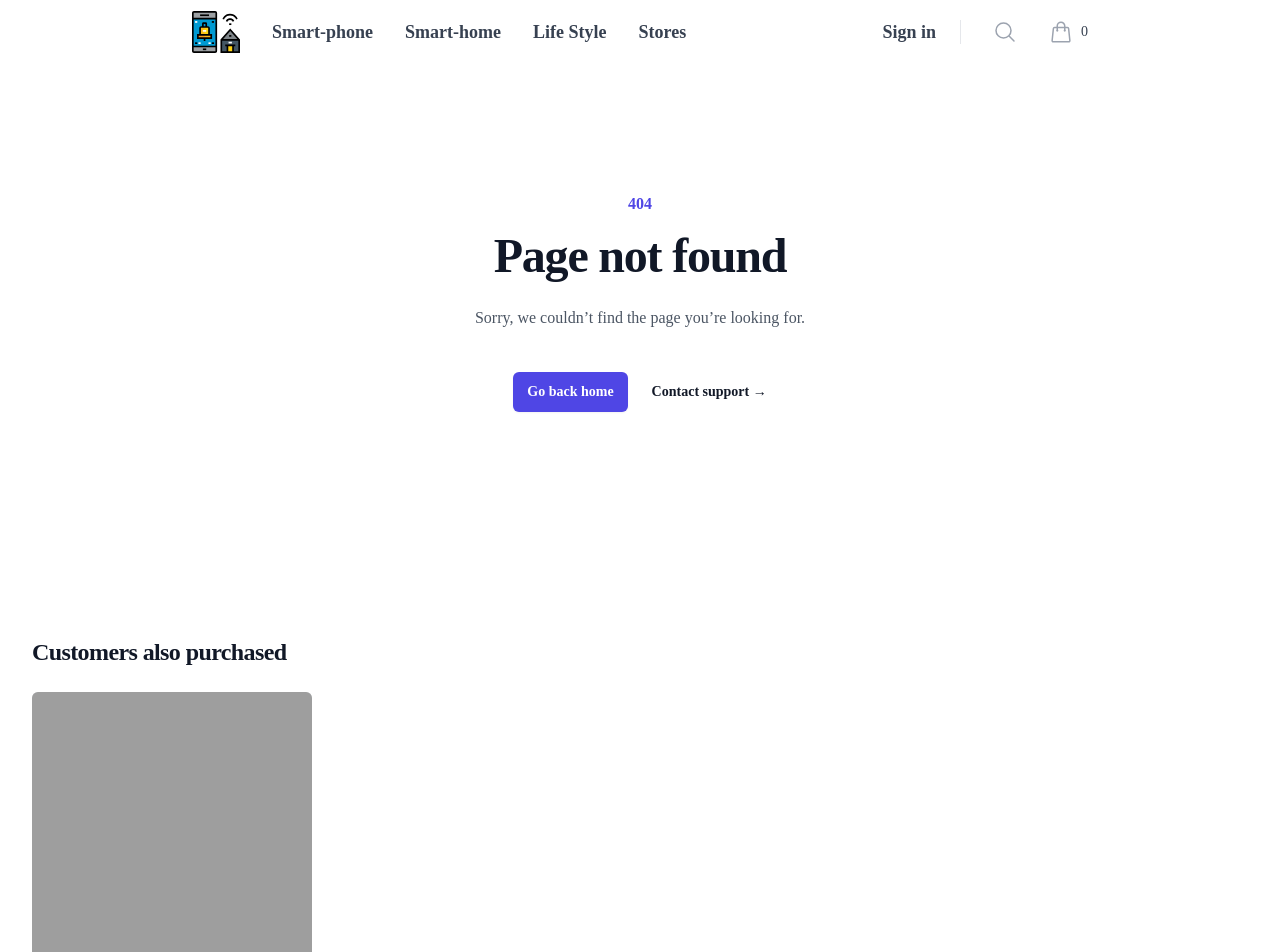
Repository: Gunplay/Smart-Home
Page: /
The author's editor kept a copy of each file at every save. The page is drawn from the files as they stood at one save, then again after the next save.
The browser window is 1280 px wide. The pictures show the part of the page from y = 0 to 952 px (the page is 1784 px tall before and 1856 px after).
Pictures or frames that could not be fetched are drawn as grey boxes. The project was rebuilt for these pictures with package versions that can differ from the ones it lists, and the page was loaded fresh each time. Also part of the build but not shown: vite.config.js, vite.config.ts.

Above is the page before, as saved 2024-06-25 12:51:04.

### index.html
<!doctype html>
<html lang="en">

<head>
  <meta charset="UTF-8" />
  <link rel="icon" type="image/svg+xml" href="./src/assets/smart-home-svgrepo-com.svg" />
  <meta name="viewport" content="width=device-width, initial-scale=1.0" />
  <title>Smart-Home</title>
  <link real='stylesheet' href='src/style.css'>
</head>

<body>
  <div id="root"></div>

  <script type="module" src="/src/main.tsx"></script>
</body>

</html>

### src/main.tsx
import React from 'react';
import ReactDOM from 'react-dom/client';
import { BrowserRouter as Router } from 'react-router-dom';
import App from './App.tsx';
import './css/style.css';

ReactDOM.createRoot(document.getElementById('root')!).render(
	<React.StrictMode>
		<Router>
			<App />
		</Router>
	</React.StrictMode>
);

### src/App.tsx
// import { useState } from 'react';

// import reactLogo from './assets/react.svg';
// import viteLogo from '/vite.svg';
import AboutUs from './components/AboutUs';
import Carousel from './components/Carousel';
import Header from './components/Header';
import PageNotFound from './components/Page404';
import ProductsList from './components/ProductsList';

function App() {
	return (
		<>
			<div className='mr-[3.75rem] pt-[4.75rem] lg:pt-[5.25rem] overflow-hidden'>
				<Header />
				<Carousel />
			</div>
			<PageNotFound />

			<ProductsList />
			<AboutUs />
		</>
	);
}

export default App;

### src/components/AboutUs/index.tsx
const links = [
	{ name: 'Open roles', href: '#' },
	{ name: 'Internship program', href: '#' },
	{ name: 'Our values', href: '#' },
	{ name: 'Meet our leadership', href: '#' },
];
const stats = [
	{ name: 'Offices worldwide', value: '12' },
	{ name: 'Full-time colleagues', value: '300+' },
	{ name: 'Hours per week', value: '40' },
	{ name: 'Paid time off', value: 'Unlimited' },
];

export default function AboutUs() {
	return (
		<div className='relative isolate overflow-hidden bg-gray-900 py-24 sm:py-32'>
			<img
				src='https://images.unsplash.com/photo-1521737604893-d14cc237f11d?ixlib=rb-4.0.3&ixid=MnwxMjA3fDB8MHxwaG90by1wYWdlfHx8fGVufDB8fHx8&auto=format&fit=crop&crop=focalpoint&fp-y=.8&w=2830&h=1500&q=80&blend=111827&sat=-100&exp=15&blend-mode=multiply'
				alt=''
				className='absolute inset-0 -z-10 h-full w-full object-cover object-right md:object-center'
			/>
			<div
				className='hidden sm:absolute sm:-top-10 sm:right-1/2 sm:-z-10 sm:mr-10 sm:block sm:transform-gpu sm:blur-3xl'
				aria-hidden='true'
			>
				<div
					className='aspect-[1097/845] w-[68.5625rem] bg-gradient-to-tr from-[#ff4694] to-[#776fff] opacity-20'
					style={{
						clipPath:
							'polygon(74.1% 44.1%, 100% 61.6%, 97.5% 26.9%, 85.5% 0.1%, 80.7% 2%, 72.5% 32.5%, 60.2% 62.4%, 52.4% 68.1%, 47.5% 58.3%, 45.2% 34.5%, 27.5% 76.7%, 0.1% 64.9%, 17.9% 100%, 27.6% 76.8%, 76.1% 97.7%, 74.1% 44.1%)',
					}}
				/>
			</div>
			<div
				className='absolute -top-52 left-1/2 -z-10 -translate-x-1/2 transform-gpu blur-3xl sm:top-[-28rem] sm:ml-16 sm:translate-x-0 sm:transform-gpu'
				aria-hidden='true'
			>
				<div
					className='aspect-[1097/845] w-[68.5625rem] bg-gradient-to-tr from-[#ff4694] to-[#776fff] opacity-20'
					style={{
						clipPath:
							'polygon(74.1% 44.1%, 100% 61.6%, 97.5% 26.9%, 85.5% 0.1%, 80.7% 2%, 72.5% 32.5%, 60.2% 62.4%, 52.4% 68.1%, 47.5% 58.3%, 45.2% 34.5%, 27.5% 76.7%, 0.1% 64.9%, 17.9% 100%, 27.6% 76.8%, 76.1% 97.7%, 74.1% 44.1%)',
					}}
				/>
			</div>
			<div className='mx-auto max-w-7xl px-6 lg:px-8'>
				<div className='mx-auto max-w-2xl lg:mx-0'>
					<h2 className='text-4xl font-bold tracking-tight text-white sm:text-6xl'>
						Work with us
					</h2>
					<p className='mt-6 text-lg leading-8 text-gray-300'>
						Anim aute id magna aliqua ad ad non deserunt sunt. Qui irure qui
						lorem cupidatat commodo. Elit sunt amet fugiat veniam occaecat
						fugiat aliqua.
					</p>
				</div>
				<div className='mx-auto mt-10 max-w-2xl lg:mx-0 lg:max-w-none'>
					<div className='grid grid-cols-1 gap-x-8 gap-y-6 text-base font-semibold leading-7 text-white sm:grid-cols-2 md:flex lg:gap-x-10'>
						{links.map(link => (
							<a key={link.name} href={link.href}>
								{link.name} <span aria-hidden='true'>&rarr;</span>
							</a>
						))}
					</div>
					<dl className='mt-16 grid grid-cols-1 gap-8 sm:mt-20 sm:grid-cols-2 lg:grid-cols-4'>
						{stats.map(stat => (
							<div key={stat.name} className='flex flex-col-reverse'>
								<dt className='text-base leading-7 text-gray-300'>
									{stat.name}
								</dt>
								<dd className='text-2xl font-bold leading-9 tracking-tight text-white'>
									{stat.value}
								</dd>
							</div>
						))}
					</dl>
				</div>
			</div>
		</div>
	);
}

### src/components/Carousel/index.tsx
import { SetStateAction, useState } from 'react';
import { BsChevronCompactLeft, BsChevronCompactRight } from 'react-icons/bs';
import { RxDotFilled } from 'react-icons/rx';
import slideOne from '/src/assets/slider-1.jpg';
import slideTwo from '/src/assets/slider-2.jpg';
import slideThree from '/src/assets/slider-3.jpg';
const slides = [
	{
		url: slideOne,
		id: 0,
	},
	{
		url: slideTwo,
		id: 1,
	},
	{
		url: slideThree,
		id: 2,
	},
];
const Carousel = () => {
	const [currentIndex, setCurrentIndex] = useState(0);

	const prevSlide = () => {
		const isFirstSlide = currentIndex === 0;
		const newIndex = isFirstSlide ? slides.length - 1 : currentIndex - 1;
		setCurrentIndex(newIndex);
	};

	const nextSlide = () => {
		const isLastSlide = currentIndex === slides.length - 1;
		const newIndex = isLastSlide ? 0 : currentIndex + 1;
		setCurrentIndex(newIndex);
	};

	const goToSlide = (slideIndex: SetStateAction<number>) => {
		console.log(slideIndex);
		setCurrentIndex(slideIndex);
	};
	return (
		<div className='h-[780px] w-full m-auto relative group'>
			<div
				style={{ backgroundImage: `url(${slides[currentIndex].url})` }}
				className='w-full h-full bg-center bg-cover duration-500'
			></div>
			<div className='hidden group-hover:block absolute top-[50%] -translate-x-0 translate-y-[-50%] left-5 text-2xl rounded-full p-2 bg-black/20 text-white cursor-pointer'>
				<BsChevronCompactLeft size={30} onClick={prevSlide} />
			</div>
			<div className='hidden group-hover:block absolute top-[50%] translate-y-[-50%] right-5 text-2xl rounded-full p-2 bg-black/20 text-white cursor-pointer'>
				<BsChevronCompactRight size={30} onClick={nextSlide} />
			</div>
			<div className='flex top-4 justify-center py-2 absolute'>
				{slides.map((slide, slideIndex) => (
					<div
						key={slideIndex}
						className='text-2xl cursor-pointer'
						onClick={() => goToSlide(slideIndex)}
					>
						<RxDotFilled />
					</div>
				))}
			</div>
		</div>
	);
};

export default Carousel;

### src/components/Page404/index.tsx
export default function PageNotFound() {
	return (
		<>
			{/*
        This example requires updating your template:

        ```
        <html class="h-full">
        <body class="h-full">
        ```
      */}
			<main className='grid min-h-full place-items-center bg-white px-6 py-24 sm:py-32 lg:px-8'>
				<div className='text-center'>
					<p className='text-base font-semibold text-indigo-600'>404</p>
					<h1 className='mt-4 text-3xl font-bold tracking-tight text-gray-900 sm:text-5xl'>
						Page not found
					</h1>
					<p className='mt-6 text-base leading-7 text-gray-600'>
						Sorry, we couldn’t find the page you’re looking for.
					</p>
					<div className='mt-10 flex items-center justify-center gap-x-6'>
						<a
							href='#'
							className='rounded-md bg-indigo-600 px-3.5 py-2.5 text-sm font-semibold text-white shadow-sm hover:bg-indigo-500 focus-visible:outline focus-visible:outline-2 focus-visible:outline-offset-2 focus-visible:outline-indigo-600'
						>
							Go back home
						</a>
						<a href='#' className='text-sm font-semibold text-gray-900'>
							Contact support <span aria-hidden='true'>&rarr;</span>
						</a>
					</div>
				</div>
			</main>
		</>
	);
}

### src/components/ProductsList/index.tsx
/*
  This example requires some changes to your config:

  ```
  // tailwind.config.js
  module.exports = {
    // ...
    plugins: [
      // ...
      require('@tailwindcss/aspect-ratio'),
    ],
  }
  ```
*/
const products = [
	{
		id: 1,
		name: 'Basic Tee',
		href: '#',
		imageSrc:
			'https://tailwindui.com/img/ecommerce-images/product-page-01-related-product-01.jpg',
		imageAlt: "Front of men's Basic Tee in black.",
		price: '$35',
		color: 'Black',
	},
	// More products...
];

export default function ProductsList() {
	return (
		<div className='bg-white'>
			<div className='mx-auto max-w-2xl px-4 py-16 sm:px-6 sm:py-24 lg:max-w-7xl lg:px-8'>
				<h2 className='text-2xl font-bold tracking-tight text-gray-900'>
					Customers also purchased
				</h2>

				<div className='mt-6 grid grid-cols-1 gap-x-6 gap-y-10 sm:grid-cols-2 lg:grid-cols-4 xl:gap-x-8'>
					{products.map(product => (
						<div key={product.id} className='group relative'>
							<div className='aspect-h-1 aspect-w-1 w-full overflow-hidden rounded-md bg-gray-200 lg:aspect-none group-hover:opacity-75 lg:h-80'>
								<img
									src={product.imageSrc}
									alt={product.imageAlt}
									className='h-full w-full object-cover object-center lg:h-full lg:w-full'
								/>
							</div>
							<div className='mt-4 flex justify-between'>
								<div>
									<h3 className='text-sm text-gray-700'>
										<a href={product.href}>
											<span aria-hidden='true' className='absolute inset-0' />
											{product.name}
										</a>
									</h3>
									<p className='mt-1 text-sm text-gray-500'>{product.color}</p>
								</div>
								<p className='text-sm font-medium text-gray-900'>
									{product.price}
								</p>
							</div>
						</div>
					))}
				</div>
			</div>
		</div>
	);
}

Loaded but not shown: src/css/style.css (1876 lines, source omitted); src/components/Header/index.tsx (539 lines, source omitted)

After the next save:
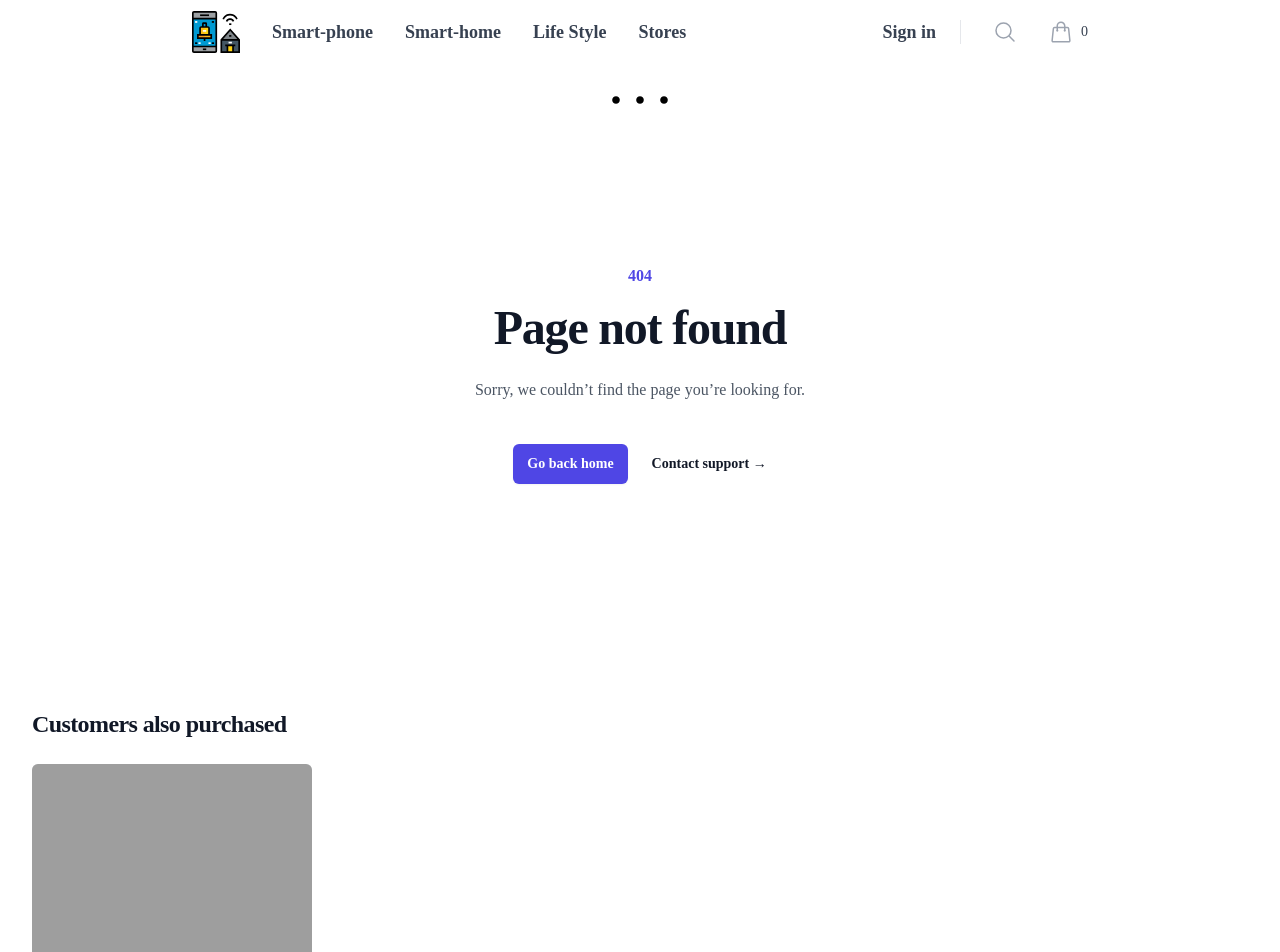
Saved 18 s later.
--- a/src/components/Carousel/index.tsx
+++ b/src/components/Carousel/index.tsx
@@ -38,7 +38,7 @@ const Carousel = () => {
 		setCurrentIndex(slideIndex);
 	};
 	return (
-		<div className='h-[780px] w-full m-auto relative group'>
+		<div className='h-[780px] w-full m-auto py-4 relative group'>
 			<div
 				style={{ backgroundImage: `url(${slides[currentIndex].url})` }}
 				className='w-full h-full bg-center bg-cover duration-500'
@@ -49,7 +49,7 @@ const Carousel = () => {
 			<div className='hidden group-hover:block absolute top-[50%] translate-y-[-50%] right-5 text-2xl rounded-full p-2 bg-black/20 text-white cursor-pointer'>
 				<BsChevronCompactRight size={30} onClick={nextSlide} />
 			</div>
-			<div className='flex top-4 justify-center py-2 absolute'>
+			<div className='flex top-4 justify-center py-2 ab'>
 				{slides.map((slide, slideIndex) => (
 					<div
 						key={slideIndex}
